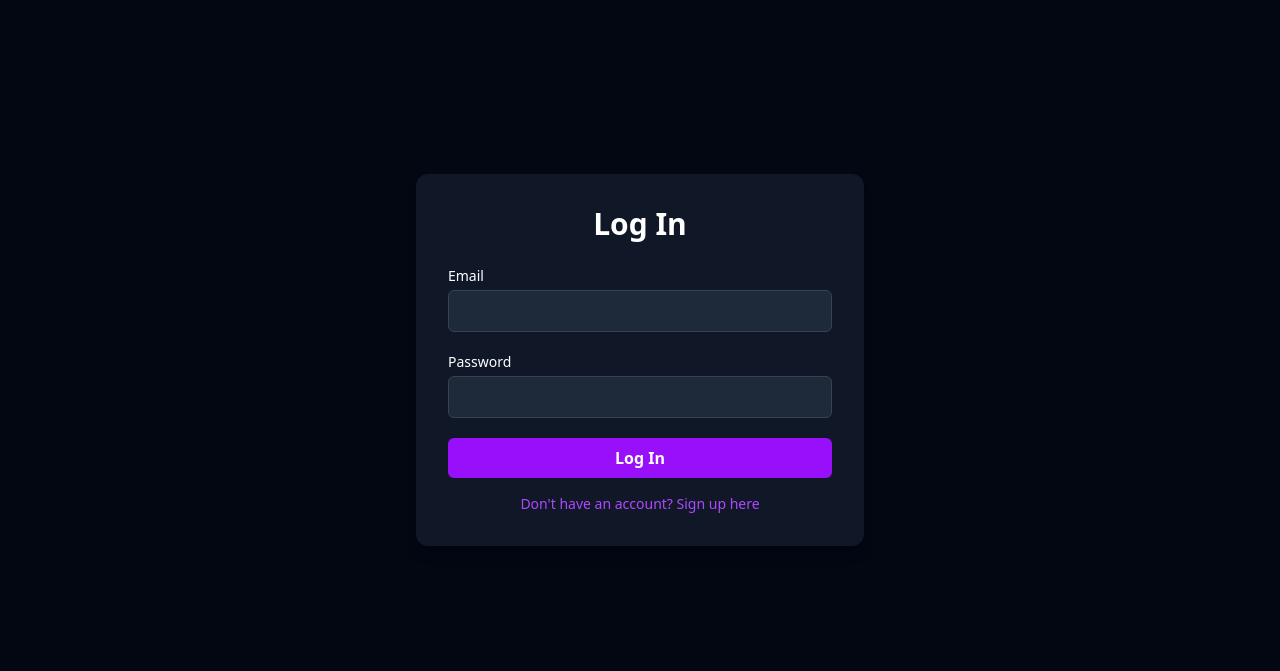
Repository: Marvin-Maina/blogsitev2
Page: /
An editor plug-in stored every save of this project. The page is shown before and after the next save, followed by the edit.
The browser window is 1280 px wide. The pictures show the whole page.
The project was rebuilt for these pictures with package versions that can differ from the ones it lists, and the page was loaded fresh each time. Also part of the build but not shown: vite.config.js, src/components/ThemeToggle.jsx, src/components/Sidebar.jsx, src/pages/Writerdashboard.jsx, src/components/ArticleModal.jsx, src/pages/UserDashboard.jsx, src/pages/Editordashboard.jsx, src/pages/Admindashboard.jsx and 4 more.

Above is the page before, as saved 2025-04-16 17:41:28.

### src/main.jsx
import React from 'react';
import ReactDOM from 'react-dom/client';
import App from './App';
import { BrowserRouter } from 'react-router-dom';
import AuthProvider from './pages/Authprovider';
import './index.css'

ReactDOM.createRoot(document.getElementById('root')).render(
  <React.StrictMode>
    <BrowserRouter>
      <AuthProvider>
        <App />
      </AuthProvider>
    </BrowserRouter>
  </React.StrictMode>
);

### src/App.jsx
import React, { useState, useContext } from "react";  // Added missing useState import
import { Routes, Route, Navigate } from "react-router-dom";
import Sidebar from "./components/Sidebar";
import Signup from "./pages/Signup";
import WriterDashboard from './pages/WriterDashboard';
import UserDashboard from "./pages/UserDashboard";
import EditorDashboard from "./pages/Editordashboard";
import AdminDashboard from "./pages/Admindashboard";
import ContentEditor from "./pages/ContentEditor";
import ArticleList from './pages/ArticleList';
import MediaPage from "./pages/Media";
import ProfilePage from "./pages/ProfilePage";

import { ThemeProvider, ThemeContext } from "./ThemeContext";
import ThemeToggle from './components/ThemeToggle';

const Layout = ({ children }) => {
  const [isCollapsed, setIsCollapsed] = useState(false);
  const { isDarkMode } = useContext(ThemeContext);

  return (
    <div
      className={`flex h-screen ${isDarkMode ? "bg-gray-950 text-white" : "bg-gray-50 text-gray-800"}`}
    >
      <Sidebar isCollapsed={isCollapsed} toggleCollapse={() => setIsCollapsed(prev => !prev)} />
      <main
        className={`transition-all duration-300 flex-1 p-4 ${isCollapsed ? "ml-16" : "ml-64"}`}
      >
        {children}
      </main>
    </div>
  );
};

function App() {
  const user = JSON.parse(localStorage.getItem("user"));

  return (
    <ThemeProvider>
      <Routes>
        <Route path="/signup" element={<Signup />} />

        {!user && <Route path="*" element={<Navigate to="/signup" replace />} />}

        {user && (
          <>
            <Route path="/" element={<Navigate to={`/${user.role}-dashboard`} replace />} />

            <Route
              path="/writer-dashboard"
              element={
                user.role === "writer" ? (
                  <Layout><WriterDashboard /></Layout>
                ) : (
                  <Navigate to="/user-dashboard" replace />
                )
              }
            />

            <Route
              path="/editor-dashboard"
              element={
                user.role === "editor" ? (
                  <Layout><EditorDashboard /></Layout>
                ) : (
                  <Navigate to="/user-dashboard" replace />
                )
              }
            />

            <Route
              path="/admin-dashboard"
              element={
                user.role === "admin" ? (
                  <Layout><AdminDashboard /></Layout>
                ) : (
                  <Navigate to="/user-dashboard" replace />
                )
              }
            />

            <Route path="/user-dashboard" element={<Layout><UserDashboard /></Layout>} />
            <Route path="/ContentEditor" element={<Layout><ContentEditor /></Layout>} />
            <Route path="/articles" element={<Layout><ArticleList /></Layout>} />
            <Route path="/media" element={<Layout><MediaPage /></Layout>} />
            <Route path="/profile" element={<Layout><ProfilePage /></Layout>} />
            <Route path="*" element={<Navigate to="/" replace />} />
          </>
        )}
      </Routes>
    </ThemeProvider>
  );
}

export default App;

### src/pages/Authprovider.jsx
import { createContext, useContext, useState, useEffect } from 'react';

const AuthContext = createContext();

const AuthProvider = ({ children }) => {
  const [user, setUser] = useState(() => {
    const storedUser = localStorage.getItem('user');
    return storedUser ? JSON.parse(storedUser) : null;
  });

  const [role, setRole] = useState(null);
  const [loading, setLoading] = useState(true);

  useEffect(() => {
    console.log('User info:', user);
  }, [user]);

  useEffect(() => {
    const storedUser = JSON.parse(localStorage.getItem('user'));
    const storedRole = localStorage.getItem('role');

    if (storedUser && storedRole) {
      setUser(storedUser);
      setRole(storedRole);
    }

    setLoading(false);
  }, []);

  const login = (userData, role) => {
    setUser(userData);
    setRole(role);
    localStorage.setItem('user', JSON.stringify(userData));
    localStorage.setItem('role', role);
  };

  const logout = () => {
    setUser(null);
    setRole(null);
    localStorage.removeItem('user');
    localStorage.removeItem('role');
  };

  return (
    <AuthContext.Provider value={{ user, role, login, logout, loading }}>
      {children}
    </AuthContext.Provider>
  );
};

export const useAuth = () => useContext(AuthContext);
export default AuthProvider;

### src/pages/Signup.jsx
import { useState } from "react";
import { useNavigate } from "react-router-dom";

export default function AuthForm() {
  const [isLogin, setIsLogin] = useState(true); // To toggle between Login and Signup
  const [name, setName] = useState("");
  const [email, setEmail] = useState("");
  const [password, setPassword] = useState("");
  const [role, setRole] = useState("user");
  const [error, setError] = useState("");
  const navigate = useNavigate();

  // Handle form submission for login and signup
  const handleSubmit = (e) => {
    e.preventDefault();

    const isAdminEmail = email.trim().toLowerCase().endsWith("@admin.com");
    const finalRole = isAdminEmail ? "admin" : role;

    if (isLogin) {
      // Handle login
      const users = JSON.parse(localStorage.getItem("users")) || [];
      const user = users.find(
        (user) => user.email === email && user.password === password
      );

      if (!user) {
        setError("Invalid email or password.");
        return;
      }

      localStorage.setItem("user", JSON.stringify(user));

      // Redirect based on role
      if (user.role === "admin") {
        navigate("/admin-dashboard");
      } else if (user.role === "writer") {
        navigate("/writer-dashboard");
      } else if (user.role === "editor") {
        navigate("/editor-dashboard");
      } else {
        navigate("/user-dashboard");
      }
    } else {
      // Handle signup
      const existingUsers = JSON.parse(localStorage.getItem("users")) || [];
      const emailExists = existingUsers.some((user) => user.email === email);

      if (emailExists) {
        setError("A user with this email already exists.");
        return;
      }

      const userData = {
        id: crypto.randomUUID(),
        name,
        email,
        password,
        role: finalRole,
      };

      const updatedUsers = [...existingUsers, userData];
      localStorage.setItem("users", JSON.stringify(updatedUsers));
      localStorage.setItem("user", JSON.stringify(userData));

      // Redirect based on role
      if (finalRole === "admin") {
        navigate("/admin-dashboard");
      } else if (finalRole === "writer") {
        navigate("/writer-dashboard");
      } else if (finalRole === "editor") {
        navigate("/editor-dashboard");
      } else {
        navigate("/user-dashboard");
      }
    }
  };

  const handleEmailChange = (e) => {
    const email = e.target.value;
    setEmail(email);
    // If email contains '@admin.com', auto-set role to 'admin' and hide role select
    if (email.trim().toLowerCase().endsWith("@admin.com")) {
      setRole("admin");
    } else {
      setRole("user");
    }
  };

  return (
    <div className="min-h-screen bg-gray-950 text-white flex flex-col justify-center items-center p-4">
      <div className="bg-gray-900 p-8 rounded-xl shadow-lg w-full max-w-md">
        <h1 className="text-3xl font-bold mb-6 text-center">
          {isLogin ? "Log In" : "Sign Up"}
        </h1>
        <form onSubmit={handleSubmit} className="space-y-5">
          {!isLogin && (
            <div>
              <label className="block mb-1 text-sm">Name</label>
              <input
                type="text"
                required
                value={name}
                onChange={(e) => setName(e.target.value)}
                className="w-full px-4 py-2 rounded-md bg-gray-800 border border-gray-700 focus:outline-none focus:ring-2 focus:ring-purple-500"
              />
            </div>
          )}
          <div>
            <label className="block mb-1 text-sm">Email</label>
            <input
              type="email"
              required
              value={email}
              onChange={handleEmailChange}
              className="w-full px-4 py-2 rounded-md bg-gray-800 border border-gray-700 focus:outline-none focus:ring-2 focus:ring-purple-500"
            />
          </div>
          <div>
            <label className="block mb-1 text-sm">Password</label>
            <input
              type="password"
              required
              value={password}
              onChange={(e) => setPassword(e.target.value)}
              className="w-full px-4 py-2 rounded-md bg-gray-800 border border-gray-700 focus:outline-none focus:ring-2 focus:ring-purple-500"
            />
          </div>

          {/* Role selection only visible if email is NOT admin */}
          {!email.trim().toLowerCase().endsWith("@admin.com") && !isLogin && (
            <div>
              <label className="block mb-1 text-sm">Choose your role</label>
              <select
                value={role}
                onChange={(e) => setRole(e.target.value)}
                className="w-full px-4 py-2 rounded-md bg-gray-800 border border-gray-700"
              >
                <option value="user">User</option>
                <option value="writer">Writer</option>
              </select>
            </div>
          )}

          {error && <p className="text-red-500 text-sm">{error}</p>}

          <button
            type="submit"
            className="w-full bg-purple-600 hover:bg-purple-700 transition-colors py-2 rounded-md font-semibold"
          >
            {isLogin ? "Log In" : "Sign Up"}
          </button>
        </form>
        <div className="mt-4 text-center">
          <p
            className="text-sm text-purple-500 cursor-pointer"
            onClick={() => {
              setIsLogin(!isLogin); // Toggle between Login and Signup
              setError(""); // Clear error on switch
            }}
          >
            {isLogin
              ? "Don't have an account? Sign up here"
              : "Already have an account? Log in here"}
          </p>
        </div>
      </div>
    </div>
  );
}

### src/ThemeContext.jsx
import React, { createContext, useState, useEffect, useContext } from "react";

// Create the context
export const ThemeContext = createContext();

// Create the ThemeProvider component
export const ThemeProvider = ({ children }) => {
  const [isDarkMode, setIsDarkMode] = useState(false);

  // Load the theme preference from localStorage on initial load
  useEffect(() => {
    const savedTheme = localStorage.getItem("theme");
    if (savedTheme === "dark") {
      setIsDarkMode(true);
    } else {
      setIsDarkMode(false);
    }
  }, []);

  // Save the theme preference to localStorage whenever it changes
  useEffect(() => {
    localStorage.setItem("theme", isDarkMode ? "dark" : "light");
  }, [isDarkMode]);

  return (
    <ThemeContext.Provider value={{ isDarkMode, setIsDarkMode }}>
      {children}
    </ThemeContext.Provider>
  );
};

// Create a custom hook to use the theme context
export const useTheme = () => {
  return useContext(ThemeContext);
};

Loaded but not shown: index.html (common file); src/index.css (common file)

After the next save:
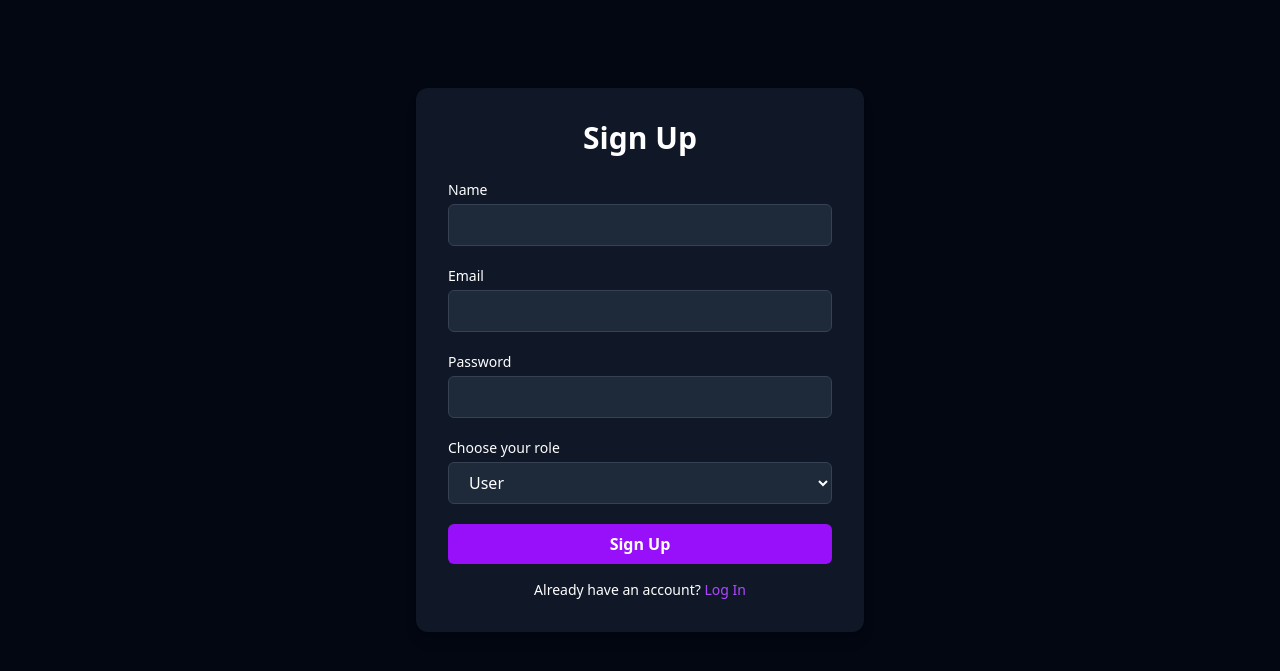
Saved 8 min 4 s later.
--- a/src/pages/Signup.jsx
+++ b/src/pages/Signup.jsx
@@ -2,15 +2,14 @@ import { useState } from "react";
 import { useNavigate } from "react-router-dom";
 
 export default function AuthForm() {
-  const [isLogin, setIsLogin] = useState(true); // To toggle between Login and Signup
   const [name, setName] = useState("");
   const [email, setEmail] = useState("");
   const [password, setPassword] = useState("");
   const [role, setRole] = useState("user");
   const [error, setError] = useState("");
+  const [isLogin, setIsLogin] = useState(false); // Toggle between Login and Signup
   const navigate = useNavigate();
 
-  // Handle form submission for login and signup
   const handleSubmit = (e) => {
     e.preventDefault();
 
@@ -18,7 +17,7 @@ export default function AuthForm() {
     const finalRole = isAdminEmail ? "admin" : role;
 
     if (isLogin) {
-      // Handle login
+      // Handle Login
       const users = JSON.parse(localStorage.getItem("users")) || [];
       const user = users.find(
         (user) => user.email === email && user.password === password
@@ -33,16 +32,16 @@ export default function AuthForm() {
 
       // Redirect based on role
       if (user.role === "admin") {
-        navigate("/admin-dashboard");
+        navigate("/admin-dashboard"); // Redirect to admin dashboard
       } else if (user.role === "writer") {
-        navigate("/writer-dashboard");
+        navigate("/writer-dashboard"); // Redirect to writer dashboard
       } else if (user.role === "editor") {
-        navigate("/editor-dashboard");
+        navigate("/editor-dashboard"); // Redirect to editor dashboard
       } else {
-        navigate("/user-dashboard");
+        navigate("/user-dashboard"); // Redirect to user dashboard
       }
     } else {
-      // Handle signup
+      // Handle Signup
       const existingUsers = JSON.parse(localStorage.getItem("users")) || [];
       const emailExists = existingUsers.some((user) => user.email === email);
 
@@ -65,34 +64,21 @@ export default function AuthForm() {
 
       // Redirect based on role
       if (finalRole === "admin") {
-        navigate("/admin-dashboard");
+        navigate("/admin-dashboard"); // Redirect to admin dashboard
       } else if (finalRole === "writer") {
-        navigate("/writer-dashboard");
+        navigate("/writer-dashboard"); // Redirect to writer dashboard
       } else if (finalRole === "editor") {
-        navigate("/editor-dashboard");
+        navigate("/editor-dashboard"); // Redirect to editor dashboard
       } else {
-        navigate("/user-dashboard");
+        navigate("/user-dashboard"); // Redirect to user dashboard
       }
-    }
-  };
-
-  const handleEmailChange = (e) => {
-    const email = e.target.value;
-    setEmail(email);
-    // If email contains '@admin.com', auto-set role to 'admin' and hide role select
-    if (email.trim().toLowerCase().endsWith("@admin.com")) {
-      setRole("admin");
-    } else {
-      setRole("user");
     }
   };
 
   return (
     <div className="min-h-screen bg-gray-950 text-white flex flex-col justify-center items-center p-4">
       <div className="bg-gray-900 p-8 rounded-xl shadow-lg w-full max-w-md">
-        <h1 className="text-3xl font-bold mb-6 text-center">
-          {isLogin ? "Log In" : "Sign Up"}
-        </h1>
+        <h1 className="text-3xl font-bold mb-6 text-center">{isLogin ? "Log In" : "Sign Up"}</h1>
         <form onSubmit={handleSubmit} className="space-y-5">
           {!isLogin && (
             <div>
@@ -106,16 +92,18 @@ export default function AuthForm() {
               />
             </div>
           )}
+
           <div>
             <label className="block mb-1 text-sm">Email</label>
             <input
               type="email"
               required
               value={email}
-              onChange={handleEmailChange}
+              onChange={(e) => setEmail(e.target.value)}
               className="w-full px-4 py-2 rounded-md bg-gray-800 border border-gray-700 focus:outline-none focus:ring-2 focus:ring-purple-500"
             />
           </div>
+
           <div>
             <label className="block mb-1 text-sm">Password</label>
             <input
@@ -127,14 +115,13 @@ export default function AuthForm() {
             />
           </div>
 
-          {/* Role selection only visible if email is NOT admin */}
-          {!email.trim().toLowerCase().endsWith("@admin.com") && !isLogin && (
+          {!isLogin && !email.toLowerCase().endsWith("@admin.com") && (
             <div>
               <label className="block mb-1 text-sm">Choose your role</label>
               <select
                 value={role}
                 onChange={(e) => setRole(e.target.value)}
-                className="w-full px-4 py-2 rounded-md bg-gray-800 border border-gray-700"
+                className="w-full px-4 py-2 rounded-md bg-gray-800 border border-gray-700 focus:outline-none"
               >
                 <option value="user">User</option>
                 <option value="writer">Writer</option>
@@ -151,17 +138,16 @@ export default function AuthForm() {
             {isLogin ? "Log In" : "Sign Up"}
           </button>
         </form>
+
         <div className="mt-4 text-center">
-          <p
-            className="text-sm text-purple-500 cursor-pointer"
-            onClick={() => {
-              setIsLogin(!isLogin); // Toggle between Login and Signup
-              setError(""); // Clear error on switch
-            }}
-          >
-            {isLogin
-              ? "Don't have an account? Sign up here"
-              : "Already have an account? Log in here"}
+          <p className="text-sm">
+            {isLogin ? "Don't have an account?" : "Already have an account?"}{" "}
+            <button
+              onClick={() => setIsLogin(!isLogin)}
+              className="text-purple-500 hover:underline"
+            >
+              {isLogin ? "Sign Up" : "Log In"}
+            </button>
           </p>
         </div>
       </div>
